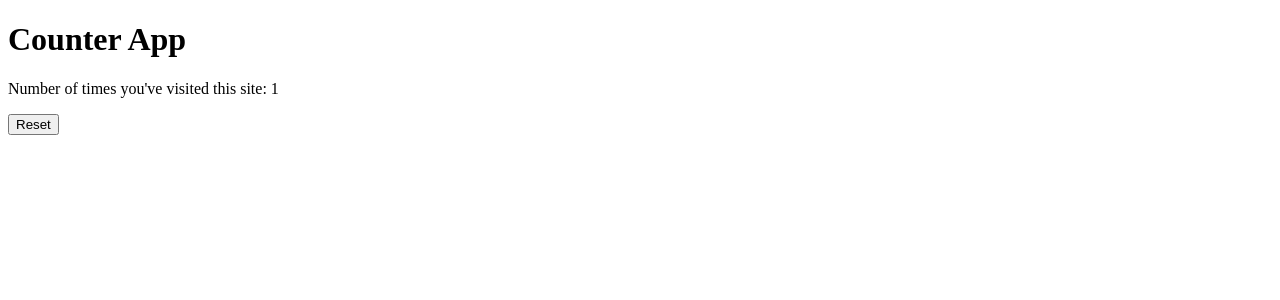
Repository: TurkiOussema54/Bootcamp-PYTHON
Page: http://localhost/
An editor plug-in stored every save of this project. The page is shown before and after the next save, followed by the edit.
The browser window is 1280 px wide. The pictures show the whole page.
The page is served by the project's application, run on Flask 3 (app.py).

Above is the page before, as saved 2023-10-03 16:37:31.

After the next save:
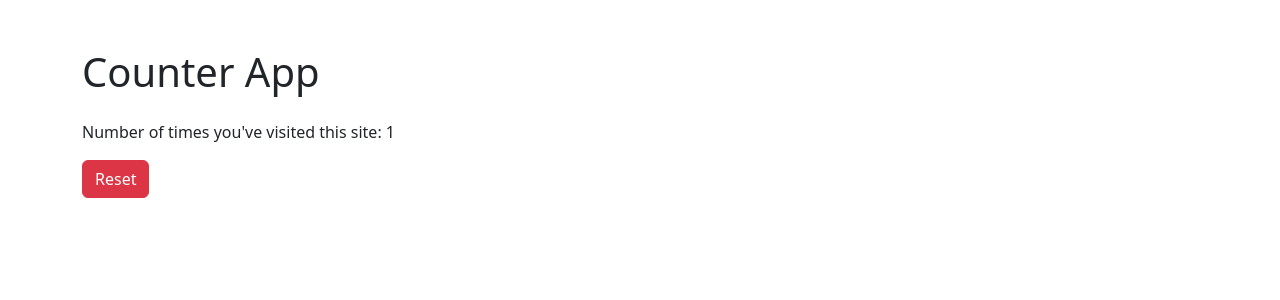
Saved 2 min 0 s later.
--- a/Counter/templates/index.html
+++ b/Counter/templates/index.html
@@ -2,13 +2,20 @@
 <html>
 <head>
     <title>Counter App</title>
+    <!-- Add Bootstrap CSS (you may need to adjust the URLs) -->
+    <link href="https://cdn.jsdelivr.net/npm/bootstrap@5.3.0/dist/css/bootstrap.min.css" rel="stylesheet">
 </head>
 <body>
-    <h1>Counter App</h1>
-    <p>Number of times you've visited this site: {{ visit_count }}</p>
+    <div class="container mt-5">
+        <h1 class="mb-4">Counter App</h1>
+        <p>Number of times you've visited this site: {{ visit_count }}</p>
 
-    <form method="GET" action="/destroy_session">
-        <button type="submit">Reset</button>
-    </form>
+        <form method="GET" action="/destroy_session">
+            <button type="submit" class="btn btn-danger">Reset</button>
+        </form>
+    </div>
+
+    <!-- Add Bootstrap JavaScript (you may need to adjust the URLs) -->
+    <script src="https://cdn.jsdelivr.net/npm/bootstrap@5.3.0/dist/js/bootstrap.min.js"></script>
 </body>
 </html>
